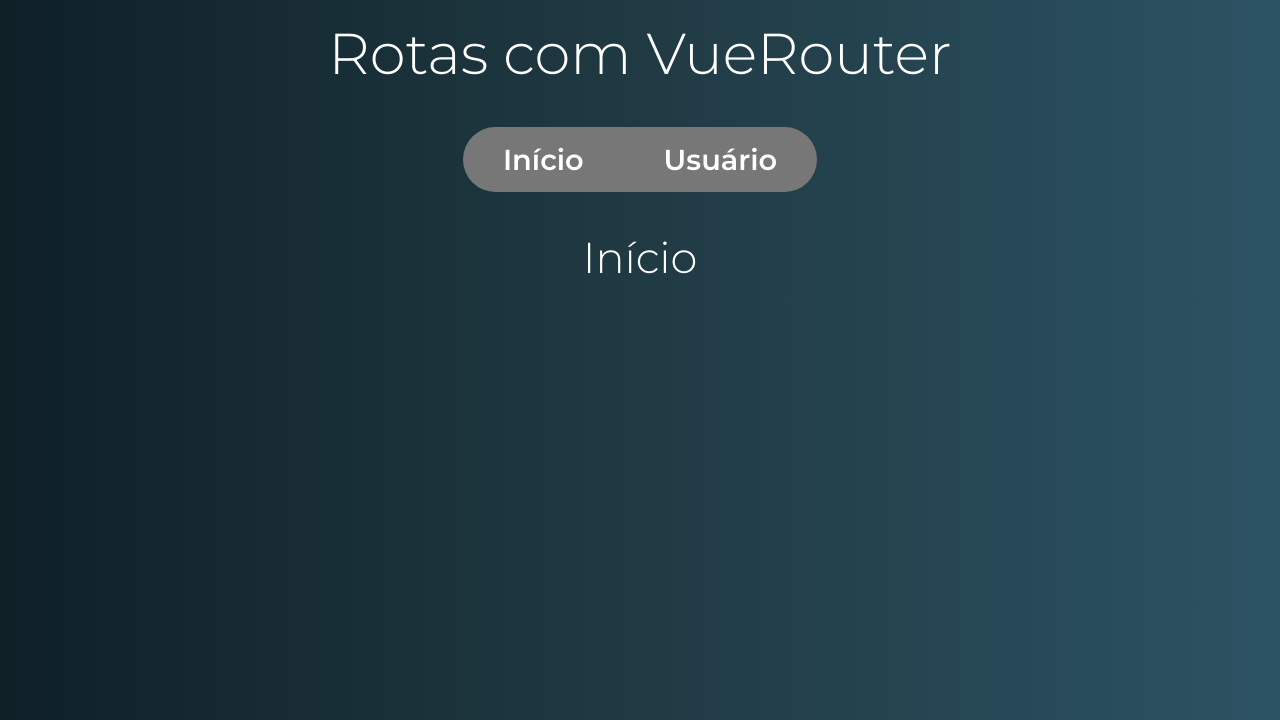
Repository: LucianoBitt/Curso_VueJS
Page: / (app in 14_rotas/rotas-exercicios/)
The author's editor kept a copy of each file at every save. The page is drawn from the files as they stood at one save, then again after the next save.
The browser window is 1280 px wide. The pictures show the whole page.
The project was rebuilt for these pictures with package versions that can differ from the ones it lists, and the page was loaded fresh each time. Also part of the build but not shown: 14_rotas/rotas-exercicios/src/components/usuario/Usuario.vue.

Above is the page before, as saved 2024-01-30 15:13:06.

### 14_rotas/rotas-exercicios/src/main.js
import '@/style.css'
import Vue from 'vue'
import App from '@/App.vue'
import router from '@/router'

Vue.config.productionTip = false

new Vue({
    router,
    render: h => h(App),
}).$mount('#app')

### 14_rotas/rotas-exercicios/src/App.vue
<template>
	<div id="app">
		<h1>Rotas com VueRouter</h1>
		<Menu />
		<router-view />
	</div>
</template>

<script>
import Menu from '@/components/template/Menu'
export default {
	components: { Menu },
}
</script>

<style>
	#app {
		display: flex;
		flex-direction: column;
		align-items: center;
	}
</style>

### 14_rotas/rotas-exercicios/src/router.js
import Vue from 'vue'
import Router from 'vue-router'
import Inicio from '@/components/Inicio'
import Usuario from '@/components/usuario/Usuario'

Vue.use(Router)

export default new Router({
    mode: 'history' + '',
    routes: [{
        path: '/',
        component: Inicio
    }, {
        path: '/usuario',
        component: Usuario
    }]
})

### 14_rotas/rotas-exercicios/src/components/template/Menu.vue
<template>
	<nav class="menu">
		<ul>
			<router-link to="/" tag="li">
				<a>Início</a></router-link>
			<router-link to="/usuario" tag="li">
				<a>Usuário</a></router-link>
		</ul>
	</nav>
</template>

<script>
export default {

}
</script>

<style>

</style>

### 14_rotas/rotas-exercicios/src/components/Inicio.vue
<template>
	<div class="inicio">
		<h2>Início</h2>
	</div>
</template>

<script>
export default {

}
</script>

<style>

</style>

Loaded but not shown: 14_rotas/rotas-exercicios/public/index.html (common file); 14_rotas/rotas-exercicios/src/style.css (common file)

After the next save:
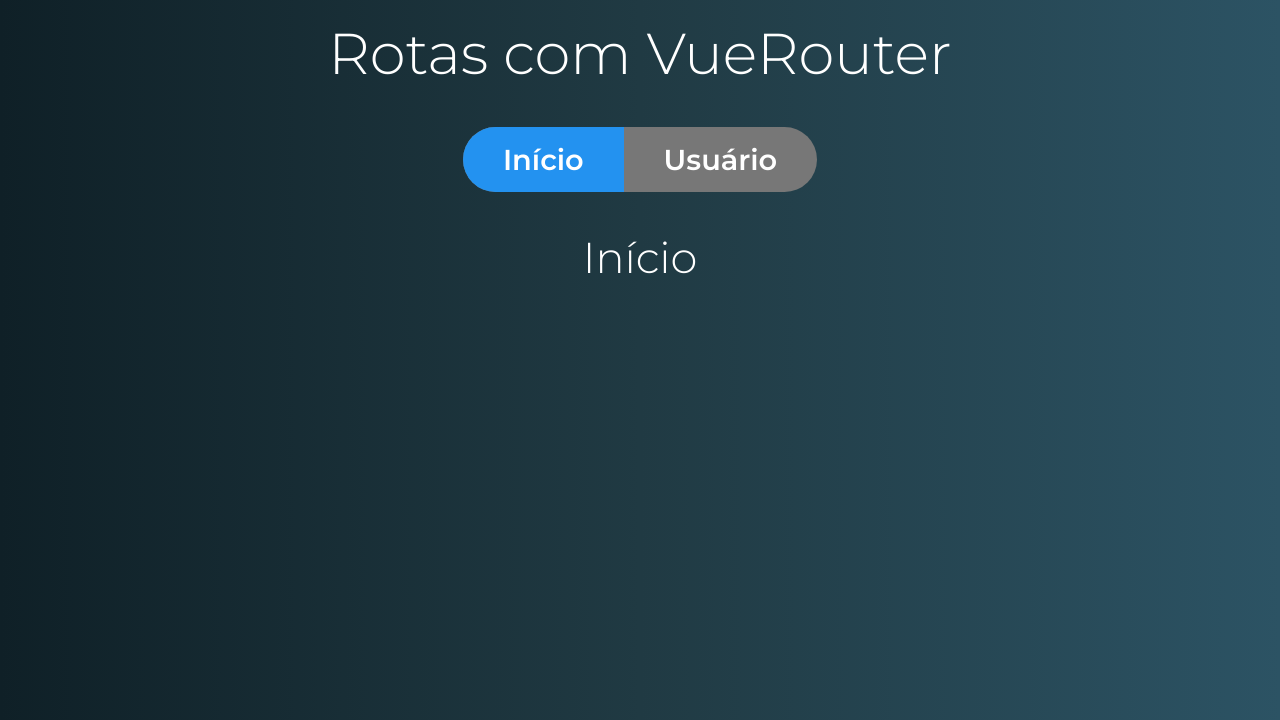
Saved 17 s later.
--- a/14_rotas/rotas-exercicios/src/components/template/Menu.vue
+++ b/14_rotas/rotas-exercicios/src/components/template/Menu.vue
@@ -1,7 +1,7 @@
 <template>
 	<nav class="menu">
 		<ul>
-			<router-link to="/" tag="li">
+			<router-link to="/" tag="li" active-class="active">
 				<a>Início</a></router-link>
 			<router-link to="/usuario" tag="li">
 				<a>Usuário</a></router-link>
